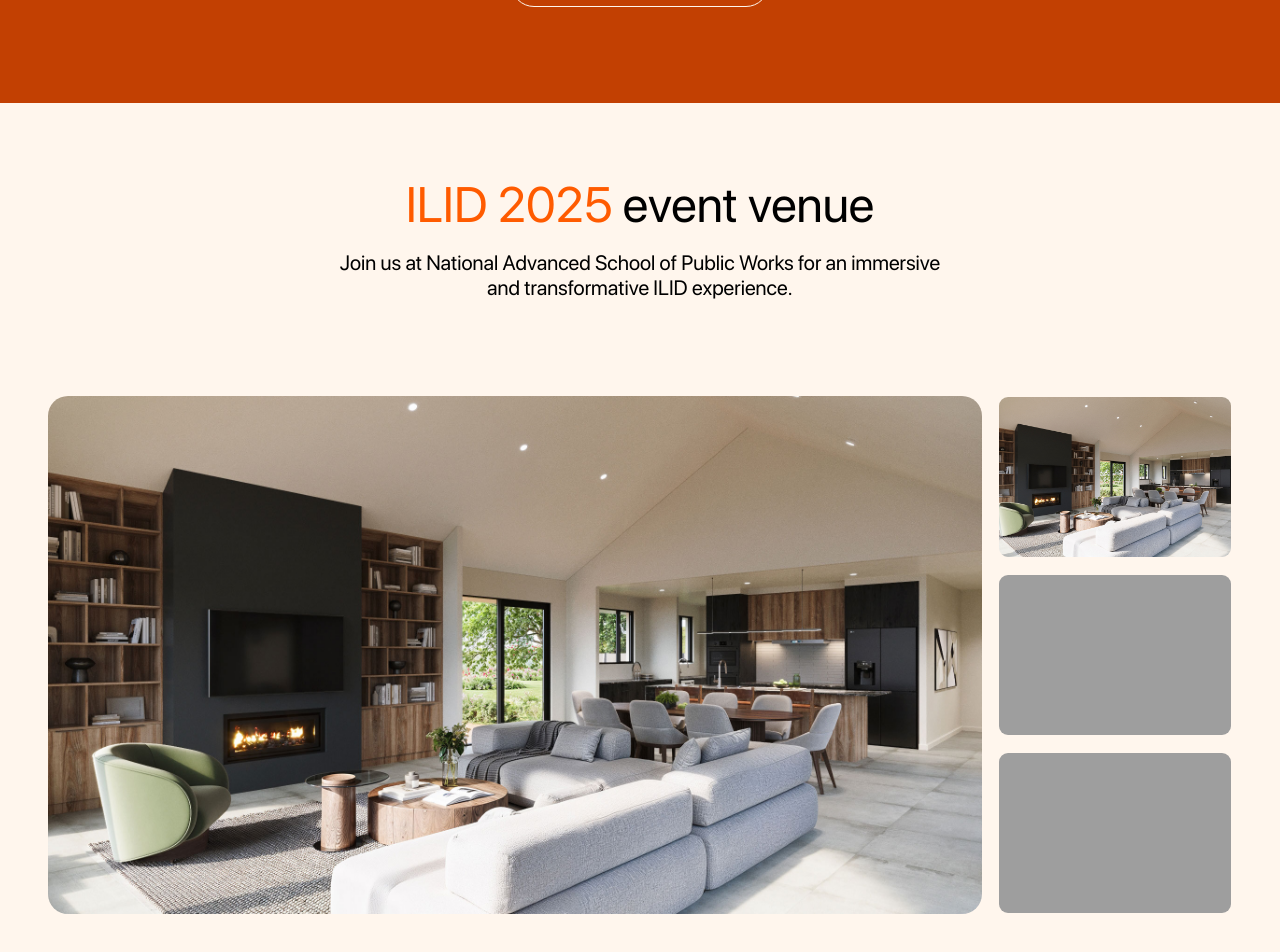
Repository: ilidevent/ilidwebsite
Page: /
These files come from the project's save history. The page is drawn as it stood at one moment and after the next save; the edit follows.
The browser window is 1280 px wide. The pictures show the part of the page from y = 4052 to 5004 px (the page is 5209 px tall).
Pictures or frames that could not be fetched are drawn as grey boxes. The project was rebuilt for these pictures with package versions that can differ from the ones it lists, and the page was loaded fresh each time. The framework's server and built-in components were replaced by stand-ins that run in the browser. Also part of the build but not shown: next.config.ts.

Above is the page before, as saved 2025-03-13 21:17:06.

### app/layout.tsx
import type { Metadata } from "next";
import localFont from "next/font/local";
import { Navbar } from "@/components";
import "../styles/globals.scss";

const regular = localFont({
  src: "./fonts/SF-Pro-Display-Regular.ttf",
  variable: "--regular-font"
})

const medium = localFont({
  src: "./fonts/SF-Pro-Display-Medium.ttf",
  variable: "--medium-font"
})

const semibold = localFont({
  src: "./fonts/SF-Pro-Display-Semibold.ttf",
  variable: "--semibold-font"
})

const heavy = localFont({
  src: "./fonts/SF-Pro-Display-Heavy.ttf",
  variable: "--heavy-font"
})

const script = localFont({
  src: "./fonts/VT323-Regular.ttf",
  variable: "--script-font"
})

export const metadata: Metadata = {
  title: "Innovation Lab for Infrastructure Development",
  description: "Generated by create next app",
};

export default function RootLayout({
  children,
}: Readonly<{
  children: React.ReactNode;
}>) {
  return (
    <html lang="en">
      <body className={`${regular.variable} ${medium.variable} ${semibold.variable} ${heavy.variable} ${script.variable}`}>
        <Navbar/>
        {children}
      </body>
    </html>
  );
}

### app/page.tsx
import React from 'react'
import { HomePageWrapper } from '@/components'

const HomePage = () => {
  return (
    <div className='main'>
      <HomePageWrapper/>
    </div>
  )
}

export default HomePage

### components/index.ts
import Navbar from "./Navigation/Navbar";
import HomePageWrapper from "./HomePage/HomePageWrapper";

export {
  Navbar,
  HomePageWrapper
}

### components/Navigation/Navbar.tsx
import React from 'react'
import Image from 'next/image'
import Link from 'next/link'
import LOGO from "../../public/svg/whitelogo.svg"
import Button from '../ReUsables/Button'
import styles from "../../styles/Navigation/navbar.module.scss"

const Navbar = () => {
  const navLinks = [
    {
      name: "Attend",
      link: "/attend"
    },
    {
      name: "Speakers",
      link: "/speakers"
    },
    {
      name: "About",
      link: "/about"
    },
    {
      name: "Agenda",
      link: "/agenda"
    }
  ]

  const buttonOne = {
    name: "Pitch your idea",
    link: "/pitch-contest",
  }

  const buttonTwo = {
    name: "Partner with us",
    link: "/partners",
  }

  return (
    <>
      <header className={styles.nav__header}>
        <div className={`container ${styles.nav__container}`}>
          <div className={styles.nav__logo}>
            <Image fill quality={100} alt='ILID Logo' src={LOGO}/>
          </div>
          <nav className={styles.nav__center}>
            {
              navLinks.map((data, i) => (
                <Link key={i} href={data.link}>{data.name}</Link>
              ))
            }
          </nav>
          <nav className={styles.nav__right}>
            <Button fill={false} buttonInfo={buttonOne}/>
            <Button fill buttonInfo={buttonTwo}/>
          </nav>
        </div>
      </header>
    </>
  )
}

export default Navbar

### components/ReUsables/Button.tsx
import React from "react";
import Link from "next/link";
import styles from "../../styles/ReUsables/button.module.scss";

interface ButtonInfo {
  name: string;
  link: string;
}

const Button = ({
  buttonInfo,
  fill,
}: {
  buttonInfo: ButtonInfo;
  fill: boolean;
}) => {
  return (
    <>
      {fill ? (
        <Link className={styles.button__background} href={buttonInfo.link}>
          {buttonInfo.name}
        </Link>
      ) : (
        <Link className={styles.button__stroke} href={buttonInfo.link}>
          {buttonInfo.name}
        </Link>
      )}
    </>
  );
};

export default Button;

### styles/Navigation/navbar.module.scss
.nav__header {
  width: 100%;
  height: auto;
  padding: 1rem 0;
  position: fixed;
  top: 0;
  left: 0;
  z-index: 100;
}

.nav__container {
  position: relative;
  display: flex;
  justify-content: space-between;
  align-items: center;
}

.nav__logo {
  width: 270px;
  aspect-ratio: 1112.0159/400;
  position: relative;

  img {
    object-fit: cover;
  }
}

.nav__center {
  position: absolute;
  top: 50%;
  left: 50%;
  transform: translate(-50%, -50%);
  display: flex;
  gap: 1.5rem;

  a {
    color: var(--body-color);
    opacity: 1;
    transition: opacity 0.5s ease;

    &:hover {
      opacity: 0.5;
    }
  }
}

.nav__right{
  display: flex;
  gap: 1.5rem
}

### components/ReUsables/ReusableSection.tsx
import React from "react";
import HighlightedText from "./HighlighedText";
import Button from "./Button";
import ButtonTwo from "./ButtonTwo";
import styles from "../../styles/ReUsables/reusablesection.module.scss";

interface ReusableSectionProps {
  header: string;
  keywords?: string[];
  text: string;
  textColor: string;
  backgroundColor: string;
  buttonData?: {
    name: string;
    link: string;
  };
  children: React.ReactNode;
}

const ReusableSection = ({
  header,
  keywords,
  text,
  textColor,
  backgroundColor,
  buttonData,
  children,
}: ReusableSectionProps) => {
  return (
    <section
      className={`section ${styles.rs__section}`}
      style={{ backgroundColor: backgroundColor }}
    >
      <div className={`container ${styles.rs__container}`}>
        <div className={styles.rs__wrapper}>
          <div className={styles.rscontent__header}>
            <HighlightedText
              text={header}
              keywords={keywords}
              color={textColor}
            />
            <p style={{ color: textColor }} className={styles.p__tag}>{text}</p>
          </div>
          <div className={styles.rsmain__content}>{children}</div>
          {buttonData && backgroundColor === "#C24002" ? (
            <Button fill={false} buttonInfo={buttonData} />
          ) : (
            <ButtonTwo buttonInfo={buttonData} />
          )}
        </div>
      </div>
    </section>
  );
};

export default ReusableSection;

### components/ReUsables/PaddingTop.tsx
import React from 'react'
import styles from "../../styles/ReUsables/paddingtop.module.scss"

const PaddingTop = ({backgroundColor} : {backgroundColor: string}) => {
  return (
    <div className={styles.paddingtop} style={{backgroundColor: backgroundColor}}></div>
  )
}

export default PaddingTop

### components/ReUsables/AboutboxWrapper.tsx
import React from "react";
import AboutBox from "./AboutBox";
import { AboutData } from "@/utils";
import styles from "../../styles/ReUsables/aboutboxwrapper.module.scss";

const AboutboxWrapper = () => {
  return (
    <div className={styles.abw__wrapper}>
      {AboutData.map((data, i) => (
        <AboutBox key={i} boxData={data} />
      ))}
    </div>
  );
};

export default AboutboxWrapper;

### components/ReUsables/SpeakerWrapper.tsx
"use client";

import React, { useState } from "react";
import { SpeakerData } from "@/utils";
import SpeakerBox from "./SpeakerBox";
import { AnimatePresence } from "framer-motion";
import styles from "../../styles/ReUsables/aboutboxwrapper.module.scss";

const SpeakerWrapper = () => {
  const [activeButton, setActiveButton] = useState("speaker");

  const sectionData = SpeakerData.filter((item) =>
    item.roles.includes(activeButton)
  );
  return (
    <div className={styles.sb__wrapper}>
      <div className={styles.work__buttons}>
        <div
          className={`${styles.wbuttons} ${
            activeButton === "speaker" ? styles.active__button : ""
          }`}
          onClick={() => setActiveButton("speaker")}
        >
          Speakers
        </div>
        <div
          className={`${styles.wbuttons} ${
            activeButton === "workshop" ? styles.active__button : ""
          }`}
          onClick={() => setActiveButton("workshop")}
        >
          Workshops
        </div>
      </div>
      <div className={styles.sbw__wrapper}>
        <AnimatePresence>
          {sectionData.map((data, i) => (
            <SpeakerBox boxData={data} key={data.id}/>
          ))}
        </AnimatePresence>
      </div>
    </div>
  );
};

export default SpeakerWrapper;

### components/ReUsables/OpportunityWrapper.tsx
import React from 'react'
import OpportunityBox from './OpportunityBox'
import { OpportunityData } from '@/utils'
import styles from "../../styles/ReUsables/aboutboxwrapper.module.scss"

const OpportunityWrapper = () => {
  return (
    <div className={styles.obw__wrapper}>
      {OpportunityData.map((data, i) => (
        <OpportunityBox key={i} boxData={data} />
      ))}
    </div>
  )
}

export default OpportunityWrapper

### styles/ReUsables/button.module.scss
.button__background{
  padding: 0.7rem 1.5rem;
  border-radius: 100px;
  background-color: var(--body-color);
  color: var(--orange);
  border: 1px solid transparent;
  transition: all 0.5s ease;

  &:hover{
    border: 1px solid var(--body-color);
    color: var(--body-color);
    background-color: transparent;
  }
}

.button__stroke{
  padding: 0.7rem 1.5rem;
  border-radius: 100px;
  background-color: transparent;
  color: var(--body-color);
  border: 1px solid var(--body-color);
  transition: all 0.5s ease;

  &:hover{
    border: 1px solid transparent;
    color: var(--orange);
    background-color: var(--body-color);
  }
}

.button__strokeTwo{
  padding: 0.7rem 1.5rem;
  border-radius: 100px;
  background-color: transparent;
  color: var(--orange);
  border: 1px solid var(--orange);
  transition: all 0.5s ease;

  &:hover{
    border: 1px solid transparent;
    color: var(--body-color);
    background-color: var(--orange);
  }
}

### styles/ReUsables/herosection.module.scss
.hero__section {
  width: 100vw;
  height: var(--nm);
  background-color: var(--darkorange);
  position: relative;
  color: var(--body-color);
}

.hero__image{
  width: 100%;
  height: 100%;
  position: absolute;
  top: 0;
  left: 0;

  img{
    object-fit: cover;
  }
}

.hero__container {
  width: 100%;
  height: 100%;
  position: relative;
  z-index: 1;
}

.content__wrapper {
  width: 70%;
  height: auto;
  position: absolute;
  top: 20%;
  left: 50%;
  transform: translateX(-50%);
  display: flex;
  flex-direction: column;
  justify-content: flex-start;
  align-items: center;
  gap: 1.5rem;
}

.large__text {
  h1 {
    font-size: calc(var(--biggest-font-size) - 2.3rem);
    font-weight: 100;
    text-align: center;
    line-height: 1.03;
  }
}

.normal__text {
  width: 60%;
  text-align: center;

  p {
    font-size: calc(var(--normal-font-size) + 0.2rem);
  }
}

.hbutton__wrapper{
  display: flex;
  flex-direction: column;
  gap: 1.3rem;
  align-items: center;
  margin-top: 1.5rem;
}

@media screen and (min-height: 800px) {
  .large__text {
    h1 {
      font-size: calc(var(--biggest-font-size) - 1.5rem);
      font-weight: 100;
      text-align: center;
      line-height: 1.1;
    }
  }

  .normal__text {
    width: 70%;
    text-align: center;

    p {
      font-size: calc(var(--h2-font-size) - 1rem);
    }
  }

  .hbutton__wrapper{
    display: flex;
    flex-direction: column;
    gap: 1.5rem;
    align-items: center;
    margin-top: 2rem;
  }
}

### styles/ReUsables/venuebanner.module.scss
.vb__section{
  position: relative;
  width: 100%;
  height: auto;
  padding: 0rem 0 3rem;
}

.vbslider__container{
  width: 100%;
  padding: 2rem 0;
  border-bottom: 1px solid var(--orange);
}

.vb__slider{
  width: max-content;
  position: relative;
  display: flex;
}

.slider__main{
  display: flex;

  .slider__space{
    width: 1rem;
    height: 1rem;
    display: block;
  }
}

.slider__content{
  display: flex;
  gap: 1.5rem;
  align-items: center;
  font-family: var(--script-font);
  font-size: calc(var(--h2-font-size) - 0.3rem);
  color: var(--orange);
}

.first__slide{
  display: flex;
  align-items: center;
  gap: 1.5rem;

  p{
    word-wrap: none;
  }

  .span__button{
    display: block;
    width: 1rem;
    height: 1rem;
    border-radius: 50%;
    background-color: var(--orange);
  }
}

### components/ReUsables/HighlighedText.tsx
import React from 'react'
import styles from "../../styles/ReUsables/highlightedtext.module.scss";

interface HighlightedTextProps {
  text: string;
  // List of words you want to highlight (in lowercase)
  keywords?: string[];
  color: string;
}

const HighlightedText = ({
  text,
  keywords,
  color
}: HighlightedTextProps) => {
  // Split the text into words
  const words = text.split(" ");

  return (
    <p className={styles.large__text}>
      {words.map((word, index) => {
        // Remove punctuation for matching and convert to lowercase.
        const cleanedWord = word.replace(/[.,!?;:()]/g, "");

        if (keywords?.includes(cleanedWord)) {
          return (
            <span key={index} style={{color: "var(--orange)"}}>
              {word}{" "}
            </span>
          );
        } else {
          return (
            <span key={index} style={{color: color}}>
              {word}{" "}
            </span>
          );
        }
      })}
    </p>
  );
};

export default HighlightedText;

### components/ReUsables/ButtonTwo.tsx
import React from "react";
import Link from "next/link";
import styles from "../../styles/ReUsables/button.module.scss";

interface ButtonInfo {
  name: string;
  link: string;
}

const ButtonTwo = ({ buttonInfo }: { buttonInfo?: ButtonInfo }) => {
  if (!buttonInfo) return null; // or handle the undefined case as needed

  return (
    <>
      {buttonInfo && (
        <Link className={styles.button__strokeTwo} href={buttonInfo.link}>
          {buttonInfo.name}
        </Link>
      )}
    </>
  );
};

export default ButtonTwo;

### styles/ReUsables/reusablesection.module.scss
.rs__content{
  width: 100%;
  height: auto;
  position: relative;
}

.rs__container{
  height: max-content;
}

.rs__wrapper{
  width: 100%;
  height: auto;
  display: flex;
  flex-direction: column;
  justify-content: flex-start;
  gap: 6rem;
  align-items: center;
}

.rscontent__header{
  width: 60%;
  display: flex;
  flex-direction: column;
  align-items: center;
  justify-content: flex-start;
  gap: 1rem;

  .p__tag{
    text-align: center;
    width: 85%;
    font-size: calc(var(--normal-font-size) + 0.2rem);
  }
}

.rsmain__content{
  width: 100%;
  height: auto;
}

### styles/ReUsables/sloganbanner.module.scss
.sl__section{
  position: relative;
  width: 100%;
  height: auto;
  padding: 0rem 0 3rem;
}

.slslider__container{
  width: 100%;
  padding: 2rem 0;
  background-color: var(--orange);
}

.sl__slider{
  width: max-content;
  position: relative;
  display: flex;
}

.slider__main{
  display: flex;

  .slider__space{
    width: 1rem;
    height: 1rem;
    display: block;
  }
}

.slider__content{
  display: flex;
  gap: 1.5rem;
  align-items: center;
  font-family: var(--script-font);
  font-size: calc(var(--h2-font-size) - 0.3rem);
  color: var(--body-color);
}

.first__slide{
  display: flex;
  align-items: center;
  gap: 1.5rem;

  p{
    word-wrap: none;
  }

  .span__button{
    display: block;
    width: 1rem;
    height: 1rem;
    border-radius: 50%;
    background-color: var(--body-color);
  }
}

### styles/ReUsables/paddingtop.module.scss
.paddingtop{
  padding-top: 1.5rem;
}

### components/ReUsables/AboutBox.tsx
import React from "react";
import { StaticImageData } from "next/image";
import Image from "next/image";
import styles from "../../styles/ReUsables/aboutbox.module.scss";

interface BoxProps {
  image: StaticImageData;
  aspectRatio: string;
  name: string;
  text: string;
}

const AboutBox = ({ boxData }: { boxData: BoxProps }) => {
  return (
    <div className={styles.abox__wrapper}>
      <div className={styles.aboutbox}>
        <div className={styles.aboutboxer}>
          <div
            className={styles.aboutb__image}
            style={{ aspectRatio: boxData.aspectRatio }}
          >
            <Image fill quality={100} alt={boxData.name} src={boxData.image} />
          </div>
          <div className={styles.about__content}>
            <span>{boxData.name}</span>
            <p>{boxData.text}</p>
          </div>
        </div>
      </div>
      <div className={styles.animation}></div>
      <div className={styles.animationtwo}></div>
    </div>
  );
};

export default AboutBox;

### styles/ReUsables/aboutboxwrapper.module.scss
.abw__wrapper {
  width: 100%;
  height: auto;
  display: grid;
  grid-template-columns: repeat(3, 1fr);
  column-gap: 20px;
}

.obw__wrapper {
  width: 100%;
  height: auto;
  display: grid;
  grid-template-columns: repeat(3, 1fr);
}

.sb__wrapper {
  width: 100%;
  height: auto;
  display: flex;
  flex-direction: column;
  align-items: center;
  justify-content: flex-start;
  gap: 2rem;

  .sbw__wrapper {
    width: 100%;
    height: auto;
    display: grid;
    grid-template-columns: repeat(4, 1fr);
  }

  .work__buttons {
    width: max-content;
    padding: 0.4rem;
    border: 1px solid var(--body-color);
    display: flex;
    gap: 0.4rem;
    border-radius: 70px;

    .wbuttons {
      padding: 0.7rem 1.5rem;
      border: 1px solid transparent;
      border-radius: 70px;
      color: rgb(255, 246, 237, 0.5);
      cursor: pointer;
      transition: all 0.7s ease;

      &.active__button{
        border: 1px solid var(--body-color);
        color: var(--body-color);
      }
    }
  }
}

### components/ReUsables/SpeakerBox.tsx
import React from "react";
import Image from "next/image";
import { motion } from "framer-motion";
import { speakerAnimation } from "@/animations";
import { StaticImageData } from "next/image";
import styles from "../../styles/ReUsables/speaker.module.scss";

interface SpeakerProps{
  id: number;
  image: StaticImageData;
  name: string;
  position: string;
  roles: string[];
}


const SpeakerBox = ({boxData}: {boxData: SpeakerProps}) => {
  return (
    <motion.div variants={speakerAnimation} initial="initial" animate="enter" exit="closed" className={styles.speaker__box}>
      <div className={styles.speaker__image}>
        <Image fill quality={100} alt={boxData.name} src={boxData.image} />
      </div>
      <div className={styles.sbackground}>
        <div className={styles.sback__content}>
          <p>{boxData.name}</p>
          <span>{boxData.position}</span>
        </div>
      </div>
    </motion.div>
  );
};

export default SpeakerBox;

### components/ReUsables/OpportunityBox.tsx
import React from "react";
import Image from "next/image";
import { StaticImageData } from "next/image";
import Link from "next/link";
import styles from "../../styles/ReUsables/opportunitybox.module.scss";

interface BoxContentProps{
  heading: string;
  text: string;
  image: StaticImageData;
  linkData?: {
    name: string;
    link: string;
  }
}


const OpportunityBox = ({boxData}: {boxData: BoxContentProps}) => {
  return (
    <div className={styles.obox__wrapper}>
      <div className={styles.ob__content}>
        <span>{boxData.heading}</span>
        <p>
          {boxData.text}
        </p>
      </div>
      <div className={styles.obimage__wrapper}>
        <div className={styles.ob__image}>
          <Image fill quality={100} alt={boxData.heading} src={boxData.image} />
        </div>
        <div className={styles.overlay}></div>
        {boxData.linkData && <Link href="/speakers" className={styles.button__fill}>Become a speaker</Link>}
      </div>
    </div>
  );
};

export default OpportunityBox;

### styles/ReUsables/venuewrapper.module.scss
.venue__wrapper{
  width: 100%;
  aspect-ratio: 16/7;
  position: relative;
  display: flex;
  justify-content: space-between;
  align-items: flex-start;
  gap: 16px;
}

.venue__main{
  width: 80%;
  height: 100%;
  position: relative;
  overflow: hidden;
  border-radius: 20px;
}

.venueimage{
  width: 100%;
  height: 100%;
  position: absolute;
  top: 0;
  left: 0;
  opacity: 0;
  transition: opacity 0.7s ease;

  &.active__image{
    opacity: 1;
  }

  img{
    object-fit: cover;
  }
}

.venue__right{
  width: 20%;
  height: 100%;
  display: grid;
  grid-template-rows: repeat(3, 1fr);
  gap: 16px;
  position: relative;
}

.venueimagetwo{
  width: 100%;
  height: 100%;
  border-radius: 10px;
  position: relative;
  overflow: hidden;
  cursor: pointer;
  border: 1px solid transparent;
  transition: border 0.7s ease;

  &.active__image{
    border: 1px s;
  }

  img{
    object-fit: cover;
  }
}

### styles/ReUsables/highlightedtext.module.scss
.large__text{
  font-size: calc(var(--h2-font-size) + 0.6rem);
}

### animations/index.ts
export const speakerAnimation = {
  initial: { opacity: 0 },

  enter: {
    opacity: 1,
    transition: { duration: 0.7, ease: [0.7, 0, 0.3, 1] },
  },

  closed: {
    opacity: 0,
    transition: { duration: 0.7, ease: [0.3, 0, 0.7, 0] },
  },
};

### styles/ReUsables/speaker.module.scss
.speaker__box{
  width: 100%;
  border: 1px solid var(--body-color);
  aspect-ratio: 413/510;
  position: relative;
  opacity: 0;
}

.speaker__image{
  width: 100%;
  height: 100%;
  position: relative;

  img{
    object-fit: cover;
  }
}

.sbackground{
  width: 100%;
  height: 100%;
  position: absolute;
  top: 0;
  left: 0;
  z-index: 1;
  padding: 1.2rem;
  background: linear-gradient(180deg, rgba(255, 255, 255, 0.00) 45%, rgba(255, 91, 0, 0.80) 100%);
  display: flex;
  flex-direction: column;
  opacity: 0;
  transition: opacity 0.7s ease;

  &:hover{
    opacity: 1;
  }
}

.sback__content{
  margin-top: auto;
  display: flex;
  flex-direction: column;
  gap: 0.05rem;
  color: var(--body-color);

  p{
    font-size: calc(var(--normal-font-size) + 0.5rem);
  }

  span{
    font-size: var(--small-font-size);
  }
}

### styles/ReUsables/opportunitybox.module.scss
.obox__wrapper{
  width: 100%;
  aspect-ratio: 550/700;
  position: relative;
  padding: 2.5rem 1.5rem 0rem;
  display: flex;
  flex-direction: column;
  justify-content: flex-start;
  align-items: flex-start;
  border: 1px solid var(--orange);
}

.ob__content{
  display: flex;
  flex-direction: column;
  width: 80%;
  height: auto;
  gap: 1rem;

  span{
    font-size: var(--h2-font-size);
    line-height: 1.1;
  }

  p{
    color: var(--text-color-light);
    width: 100%;
  }
}

.obimage__wrapper{
  width: 100%;
  height: 60%;
  position: absolute;
  bottom: 0;
  left: 0;
  overflow: hidden;
  border-top-left-radius: 20px;
  border-top-right-radius: 20px;
}

.ob__image{
  position: relative;
  width: 100%;
  height: 100%;

  img{
    object-fit: cover;
  }
}

.overlay{
  width: 100%;
  height: 100%;
  position: absolute;
  top: 0;
  left: 0;
  z-index: 1;
  background-color: rgba(255, 91, 0, 0.15);
}

.button__fill{
  padding: 0.6rem 1.3rem;
  border-radius: 100px;
  background-color: var(--orange);
  color: var(--body-color);
  border: 1px solid transparent;
  transition: all 0.5s ease;
  position: absolute;
  bottom: 1.5rem;
  left: 1.5rem;
  z-index: 2;
  font-size: var(--small-font-size);

  &:hover{
    border: 1px solid var(--body-color);
    background-color: transparent;
  }
}

Loaded but not shown: components/HomePage/HomePageWrapper.tsx (134 lines, source omitted); components/ReUsables/VenueBanner.tsx (90 lines, source omitted); components/ReUsables/SloganBanner.tsx (86 lines, source omitted); utils/index.ts (121 lines, source omitted); styles/globals.scss (167 lines, source omitted); styles/ReUsables/aboutbox.module.scss (113 lines, source omitted); components/ReUsables/HeroSection.tsx (70 lines, source omitted); components/ReUsables/VenueWrapper.tsx (61 lines, source omitted)

After the next save:
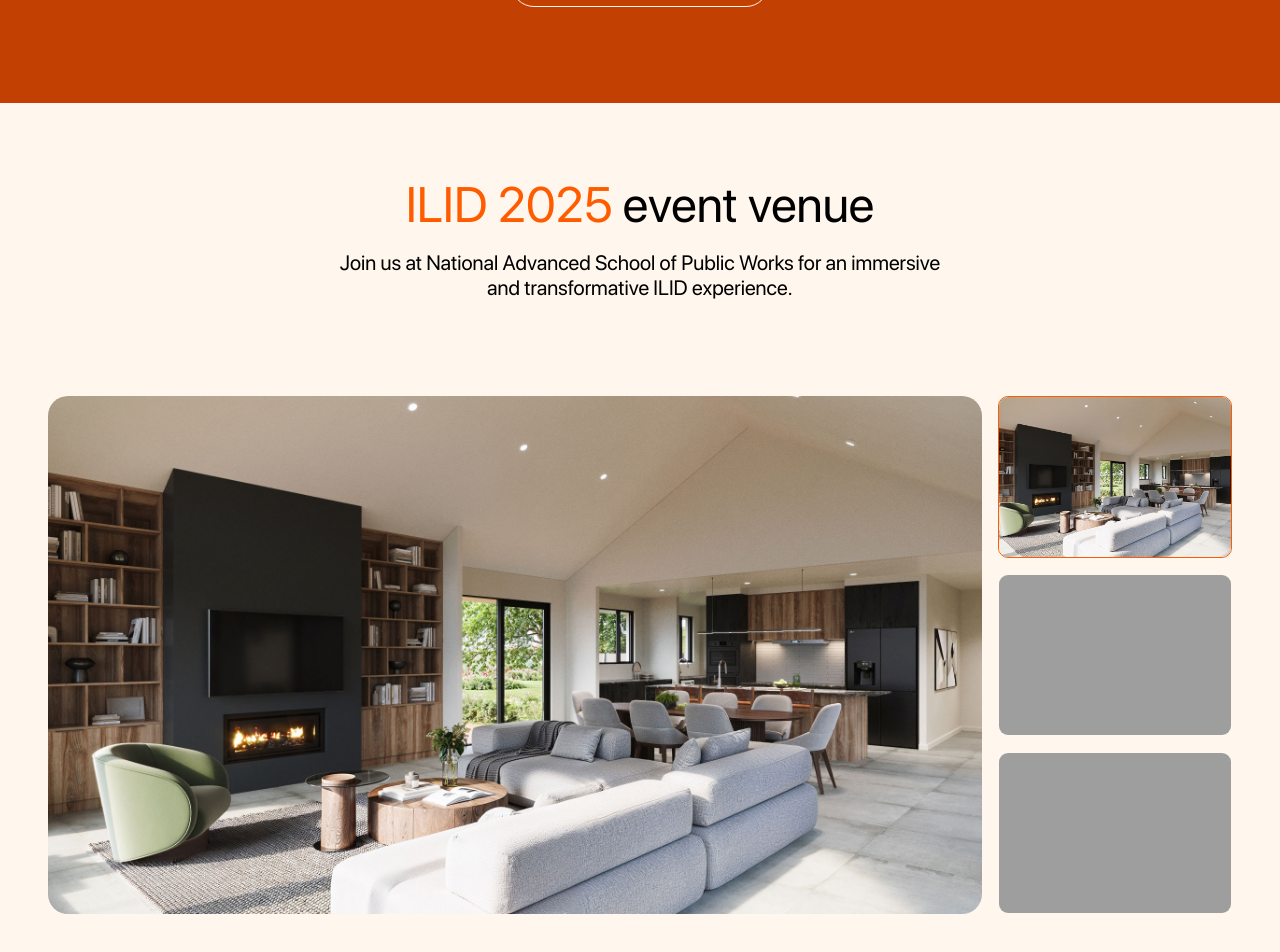
Saved 6 s later.
--- a/styles/ReUsables/venuewrapper.module.scss
+++ b/styles/ReUsables/venuewrapper.module.scss
@@ -54,7 +54,7 @@
   transition: border 0.7s ease;
 
   &.active__image{
-    border: 1px s;
+    border: 1px solid var(--orange);
   }
 
   img{
